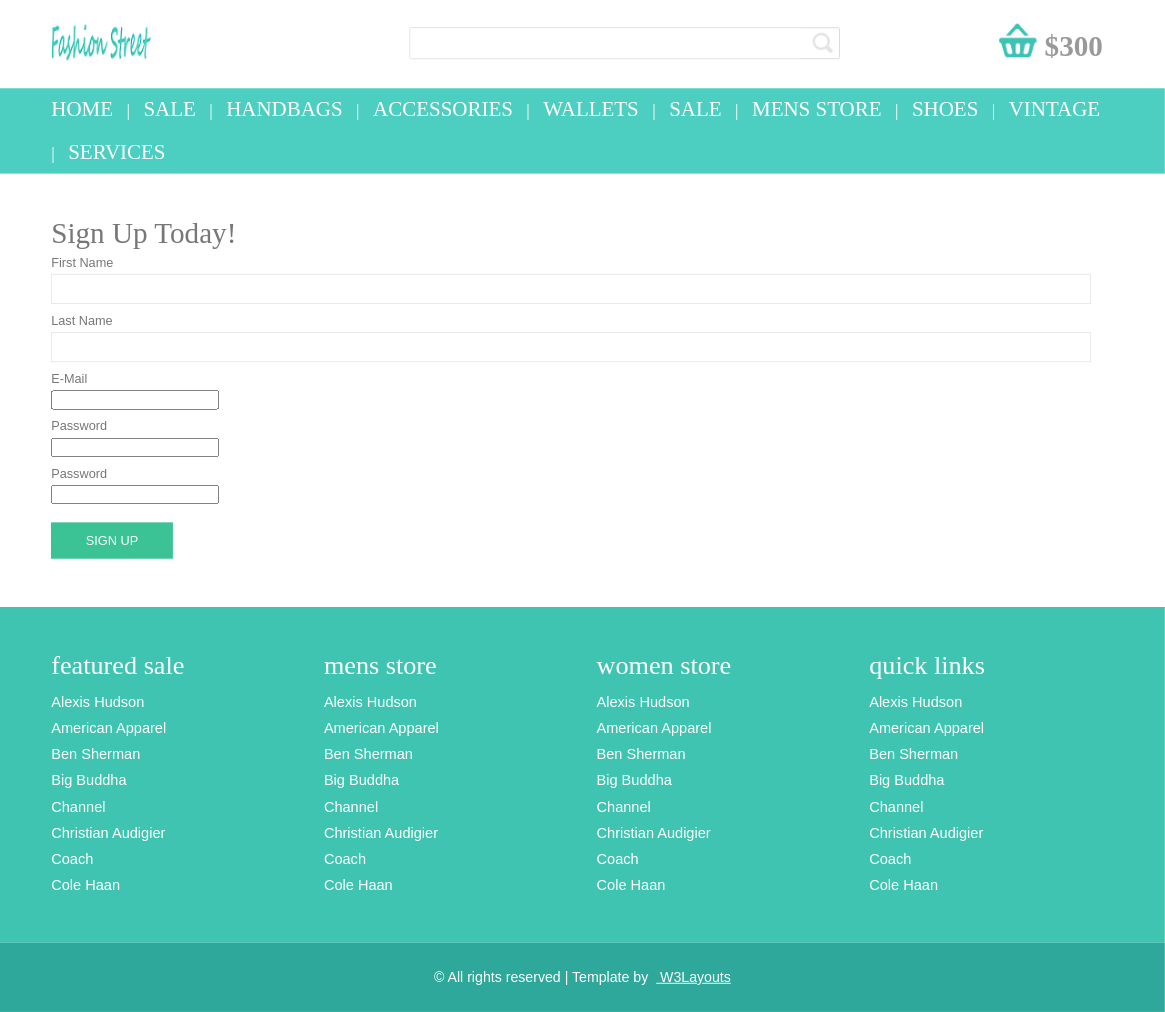
Repository: dshah5/FashionStreet
Page: FashionStreet/WebContent/register.html
An editor plug-in stored every save of this project. The page is shown before and after the next save, followed by the edit.
The browser window is 1280 px wide. The pictures show the whole page, at 91% of full size.
Some web fonts or font styles are not loaded; a fallback is used.

Above is the page before, as saved 2015-09-23 06:12:40.

After the next save:
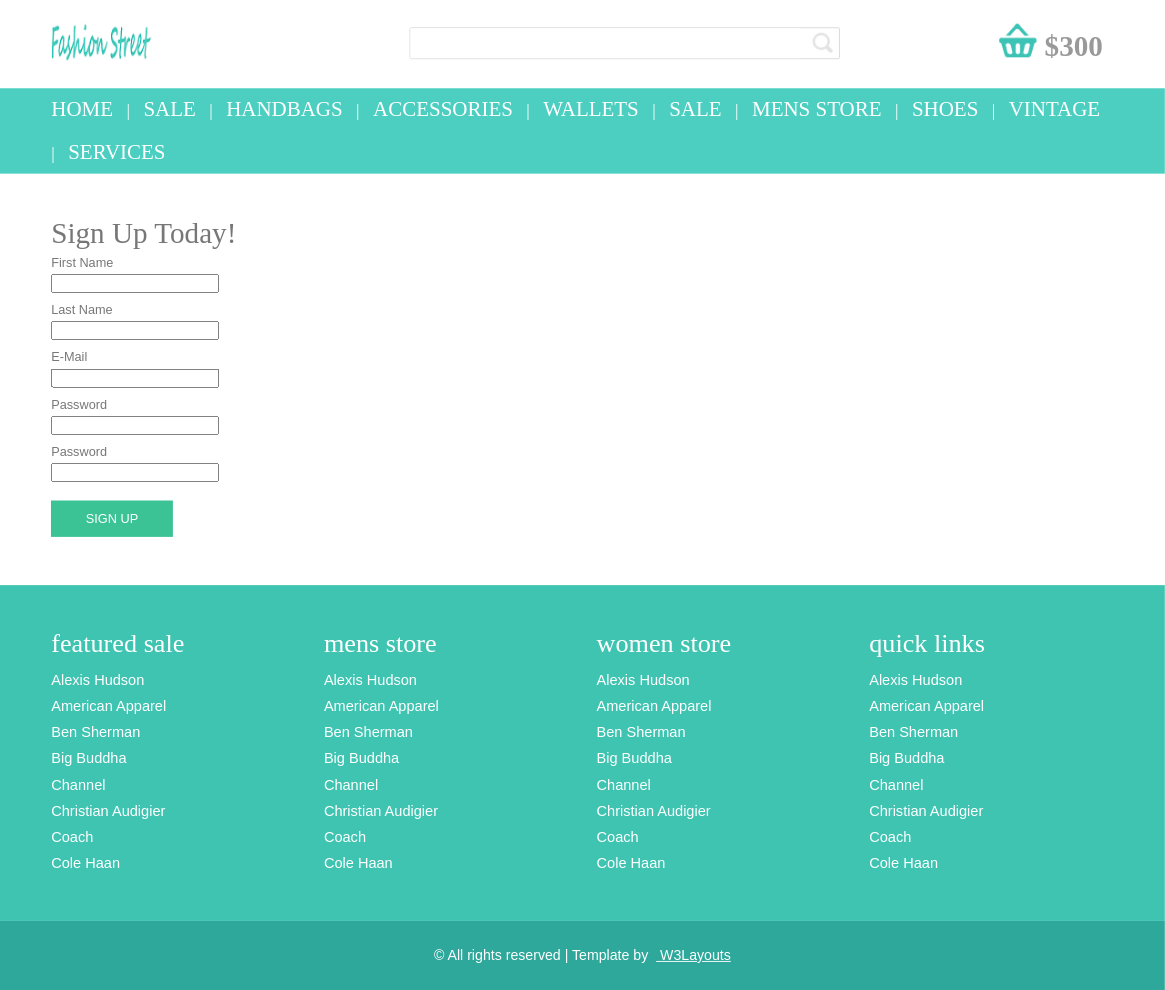
Saved 94 s later.
--- a/FashionStreet/WebContent/register.html
+++ b/FashionStreet/WebContent/register.html
@@ -104,11 +104,11 @@
 			 	 	    <form method="post" action="register-success.html">
 					    	<div>
 						    	<span><label>First Name</label></span>
-						    	<span><input name="fName" type="text" class="textbox"></span>
+						    	<span><input name="fName" type="email" class="textbox"></span>
 						    </div>
 						    <div>
 						    	<span><label>Last Name</label></span>
-						    	<span><input name="lName" type="text" class="textbox"></span>
+						    	<span><input name="lName" type="email" class="textbox"></span>
 						    </div>
 						    <div>
 						    	<span><label>E-mail</label></span>

After the save that followed:
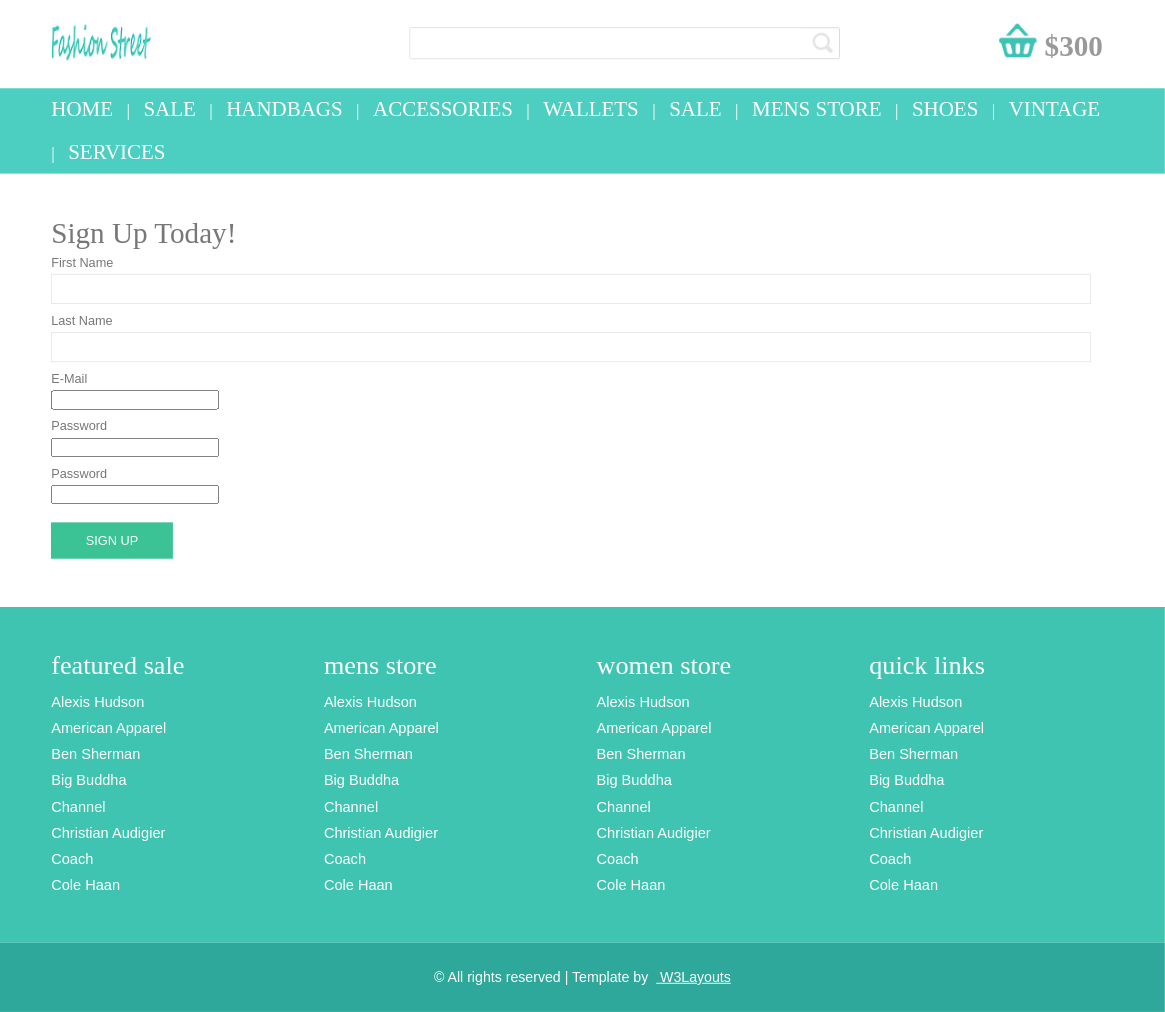
Saved 4 min 44 s later.
--- a/FashionStreet/WebContent/register.html
+++ b/FashionStreet/WebContent/register.html
@@ -104,11 +104,11 @@
 			 	 	    <form method="post" action="register-success.html">
 					    	<div>
 						    	<span><label>First Name</label></span>
-						    	<span><input name="fName" type="email" class="textbox"></span>
+						    	<span><input name="fName" type="text" class="form-control"></span>
 						    </div>
 						    <div>
 						    	<span><label>Last Name</label></span>
-						    	<span><input name="lName" type="email" class="textbox"></span>
+						    	<span><input name="lName" type="text" class="textbox"></span>
 						    </div>
 						    <div>
 						    	<span><label>E-mail</label></span>
